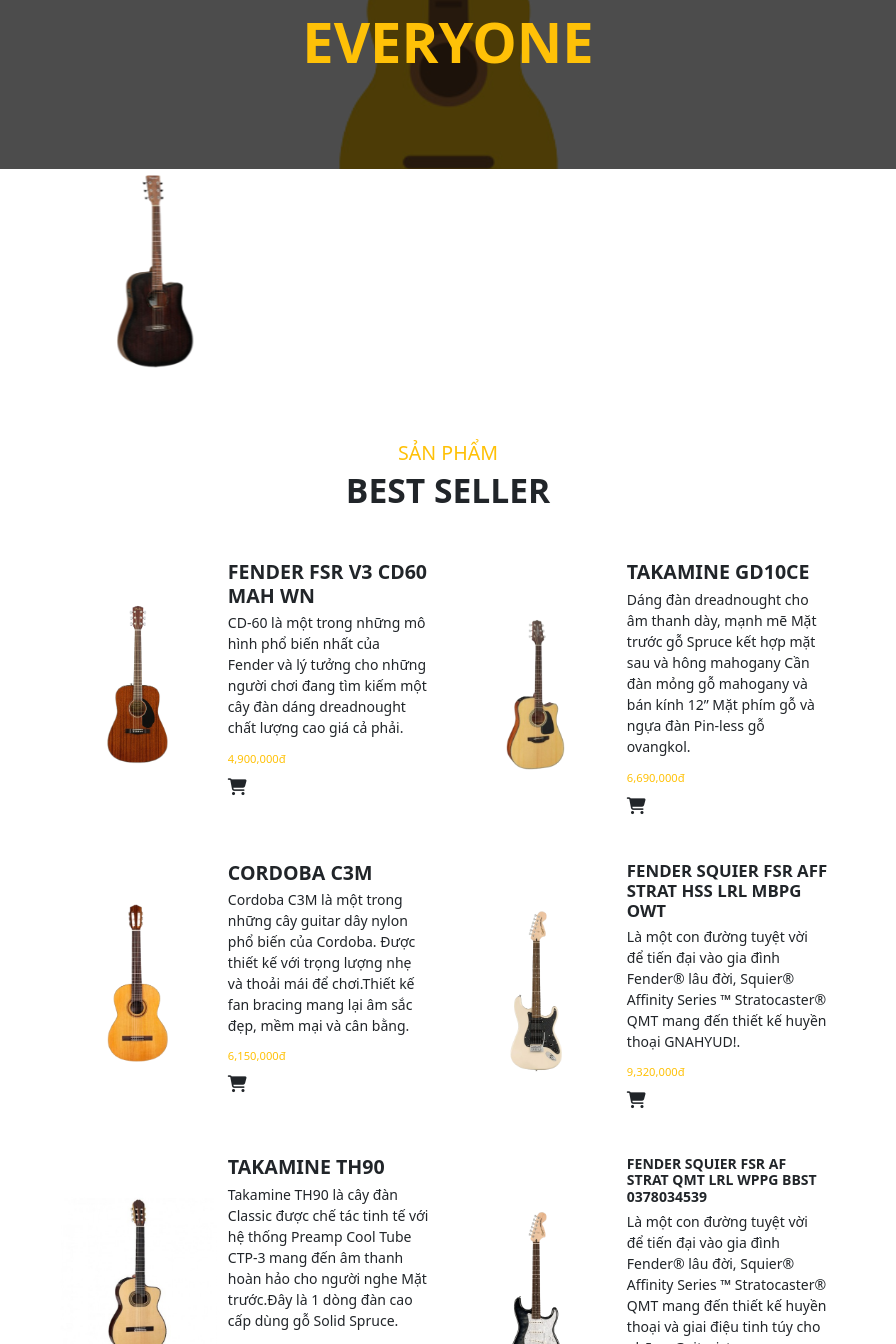
Repository: HoangDuy315/guitar
Page: index.html
The author's editor kept a copy of each file at every save. The page is drawn from the files as they stood at one save, then again after the next save.
The browser window is 1280 px wide. The pictures show the part of the page from y = 309 to 2229 px (the page is 4778 px tall before and 4486 px after), at 70% of full size.
Some web libraries are served in a nearby version.

Above is the page before, as saved 2022-09-16 15:06:00.

After the next save:
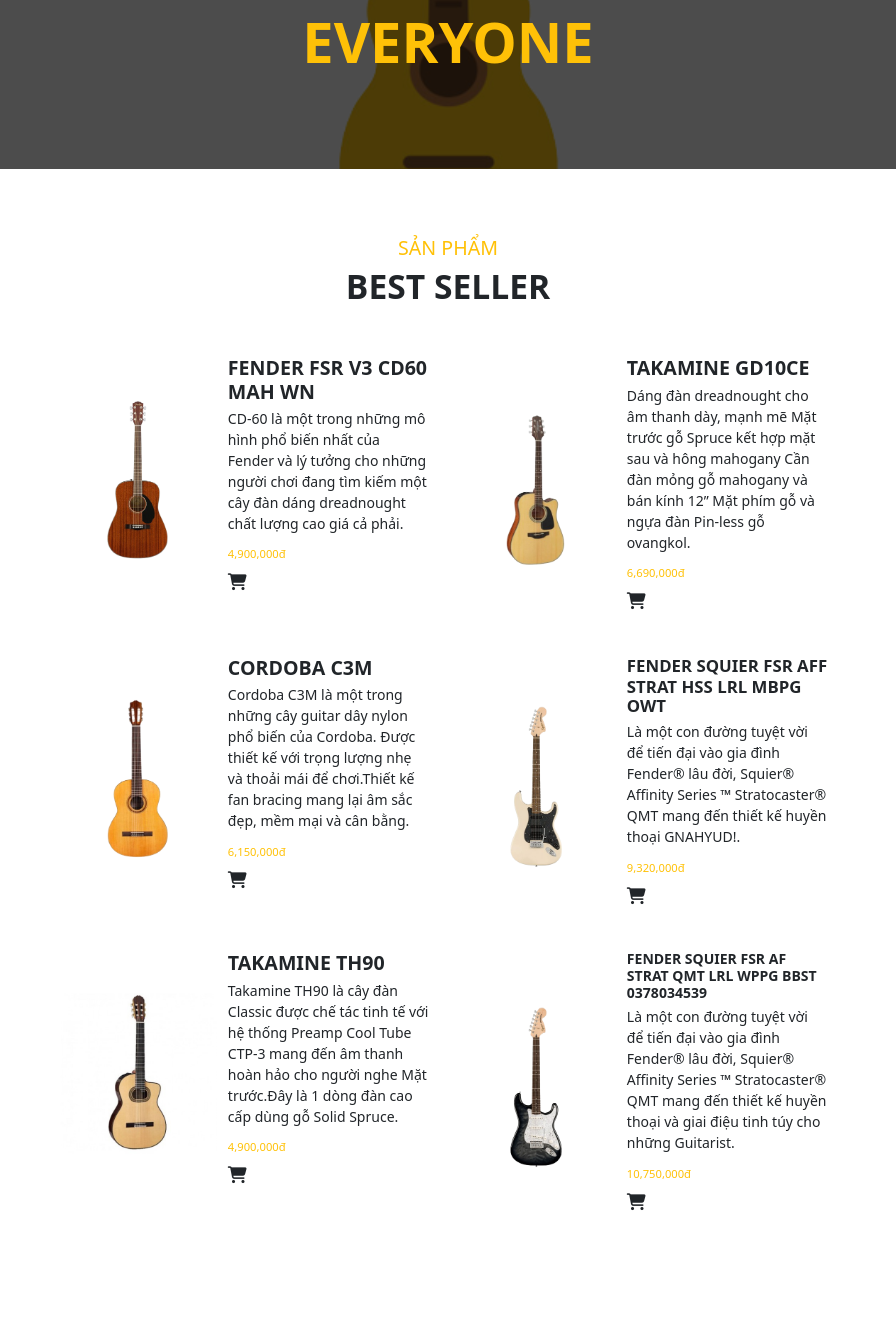
Saved 32 s later.
--- a/index.html
+++ b/index.html
@@ -66,32 +66,7 @@
     <section id="carousel">
       <div class="container">
         <div class="row">
-          <div id="carouselExampleIndicators" class="carousel slide" data-bs-ride="true">
-            <div class="carousel-indicators">
-              <button type="button" data-bs-target="#carouselExampleIndicators" data-bs-slide-to="0" class="active" aria-current="true" aria-label="Slide 1"></button>
-              <button type="button" data-bs-target="#carouselExampleIndicators" data-bs-slide-to="1" aria-label="Slide 2"></button>
-              <button type="button" data-bs-target="#carouselExampleIndicators" data-bs-slide-to="2" aria-label="Slide 3"></button>
-            </div>
-            <div class="carousel-inner">
-              <div class="carousel-item active">
-                <img src="./assets/ac3.png" class="d-block w-25 h-25" alt="...">
-              </div>
-              <div class="carousel-item">
-                <img src="./assets/cl6.png" class="d-block w-25 h-25" alt="...">
-              </div>
-              <div class="carousel-item">
-                <img src="./assets/e3.png" class="d-block w-25 h-25" alt="...">
-              </div>
-            </div>
-            <button class="carousel-control-prev" type="button" data-bs-target="#carouselExampleIndicators" data-bs-slide="prev">
-              <span class="carousel-control-prev-icon" aria-hidden="true"></span>
-              <span class="visually-hidden">Previous</span>
-            </button>
-            <button class="carousel-control-next" type="button" data-bs-target="#carouselExampleIndicators" data-bs-slide="next">
-              <span class="carousel-control-next-icon" aria-hidden="true"></span>
-              <span class="visually-hidden">Next</span>
-            </button>
-          </div>
+
         </div>
       </div>
     </section>
